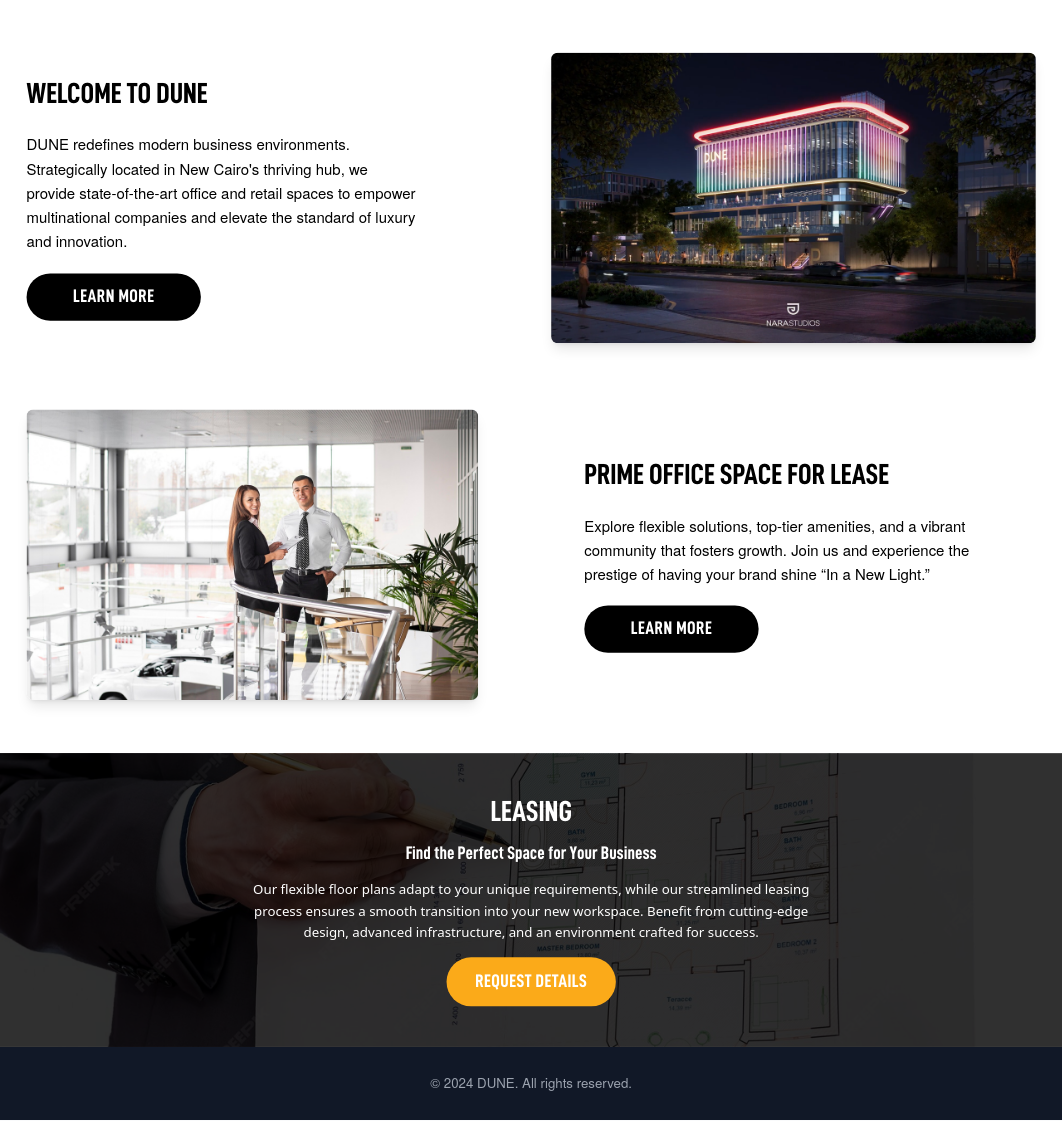
Repository: ahmedassr5765/dune
Page: index.html
An editor plug-in stored every save of this project. The page is shown before and after the next save, followed by the edit.
The browser window is 1280 px wide. The pictures show the part of the page from y = 1197 to 2547 px (the page is 2547 px tall), at 83% of full size.
Some web fonts or font styles are not loaded; a fallback is used. Some web libraries are served in a nearby version.

Above is the page before, as saved 2025-07-12 18:48:45.

After the next save:
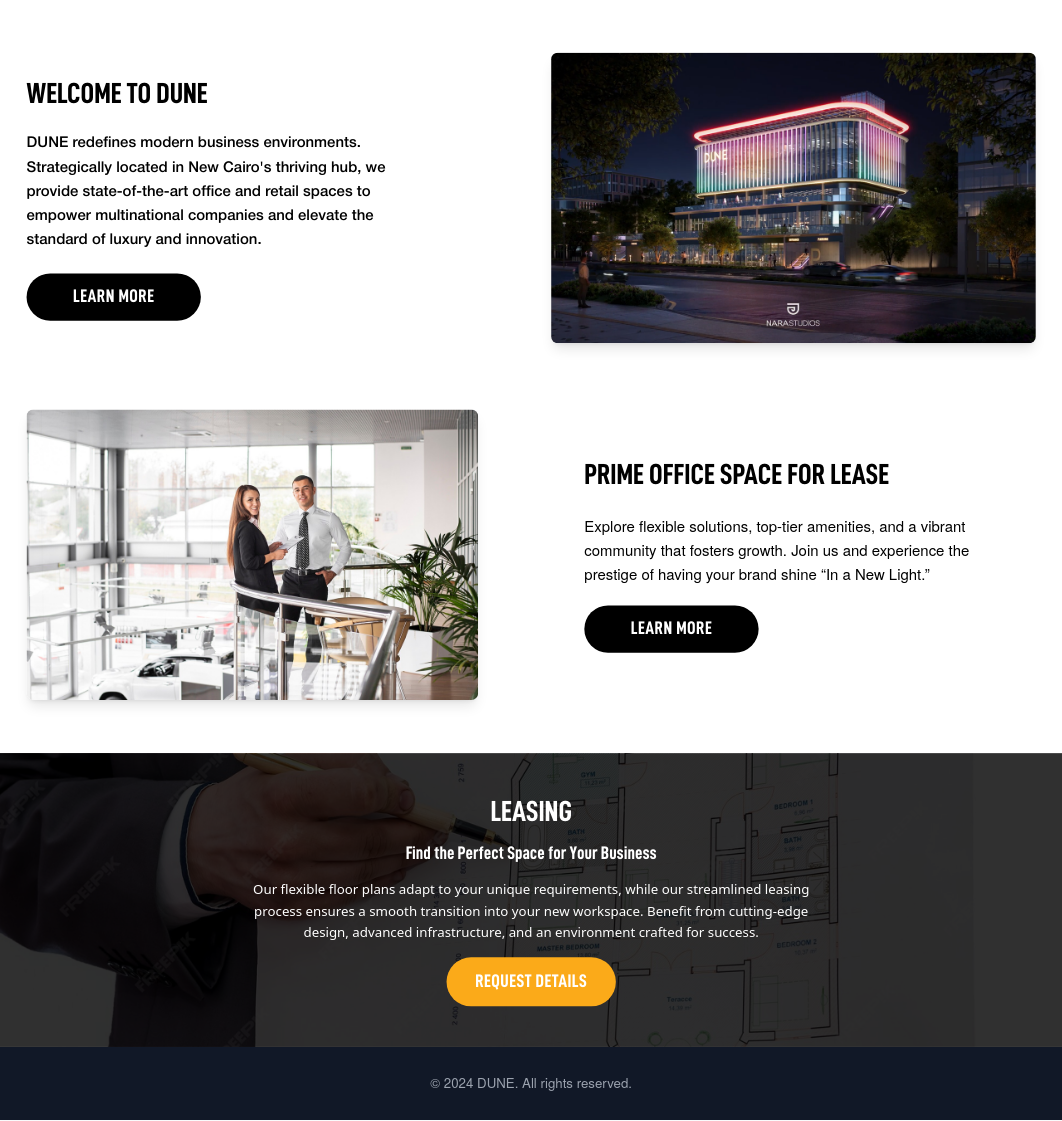
Saved 18 s later.
--- a/index.html
+++ b/index.html
@@ -203,7 +203,7 @@
                         WELCOME TO DUNE
                     </h2>
 
-                    <p class="text-black text-[18px] max-w-[470px] font-normal leading-relaxed font-helvetica welcome-desc"
+                    <p class="text-black text-[18px] max-w-[470px] font-medium leading-relaxed font-helvetica welcome-desc"
                        data-en="DUNE redefines modern business environments. Strategically located in New Cairo's thriving hub, we provide state-of-the-art office and retail spaces to empower multinational companies and elevate the standard of luxury and innovation."
                        data-ar="يُعيد &quot;DUNE&quot; تعريف بيئات الأعمال العصرية. بموقعه الاستراتيجي في قلب القاهرة الجديدة النابض بالحياة، نوفر مساحات مكتبية وتجارية متطورة تُمكّن الشركات متعددة الجنسيات من تحقيق نموّ متسارع، وترتقي بمستوى الفخامة والابتكار.">
                         DUNE redefines modern business environments. Strategically located in New Cairo's thriving hub, we provide state-of-the-art office and retail spaces to empower multinational companies and elevate the standard of luxury and innovation.

After the 2 saves that followed:
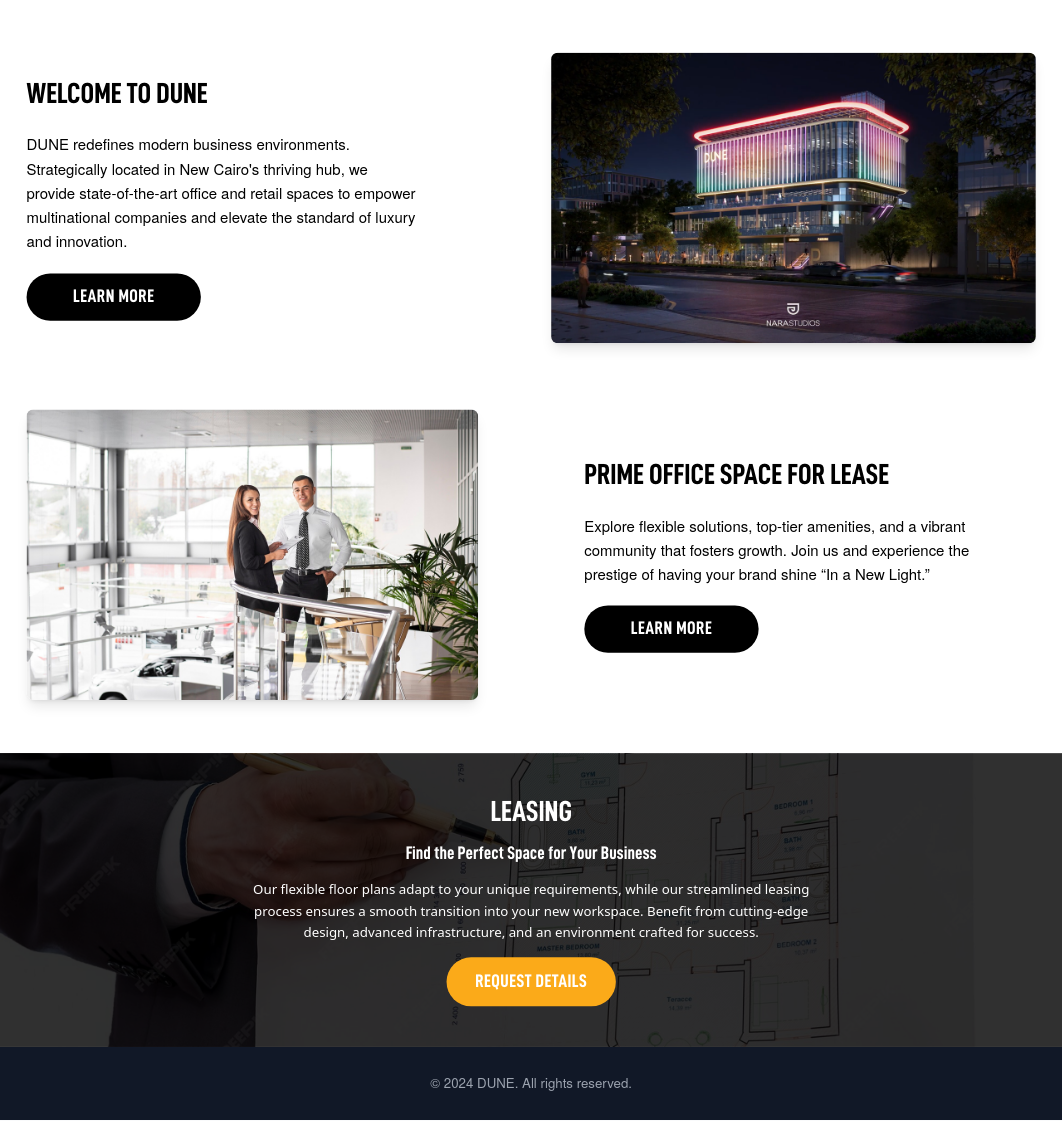
The 2 saves are shown as one change because they came seconds apart.
The last was saved 9 s later.
--- a/index.html
+++ b/index.html
@@ -203,7 +203,7 @@
                         WELCOME TO DUNE
                     </h2>
 
-                    <p class="text-black text-[18px] max-w-[470px] font-medium leading-relaxed font-helvetica welcome-desc"
+                    <p class="text-black text-[18px] max-w-[470px] font-normal leading-relaxed font-helvetica welcome-desc"
                        data-en="DUNE redefines modern business environments. Strategically located in New Cairo's thriving hub, we provide state-of-the-art office and retail spaces to empower multinational companies and elevate the standard of luxury and innovation."
                        data-ar="يُعيد &quot;DUNE&quot; تعريف بيئات الأعمال العصرية. بموقعه الاستراتيجي في قلب القاهرة الجديدة النابض بالحياة، نوفر مساحات مكتبية وتجارية متطورة تُمكّن الشركات متعددة الجنسيات من تحقيق نموّ متسارع، وترتقي بمستوى الفخامة والابتكار.">
                         DUNE redefines modern business environments. Strategically located in New Cairo's thriving hub, we provide state-of-the-art office and retail spaces to empower multinational companies and elevate the standard of luxury and innovation.
